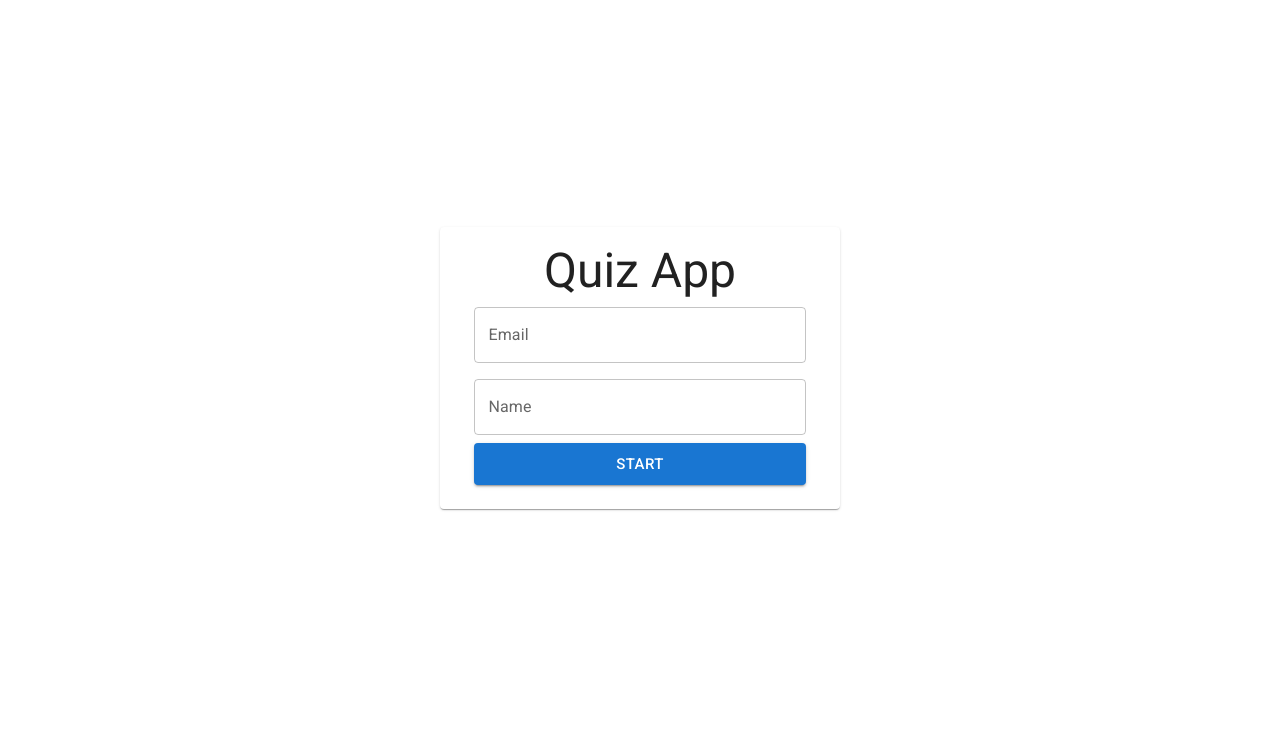
Repository: shikubro90/Quiz-App-React
Page: /
The author's editor kept a copy of each file at every save. The page is drawn from the files as they stood at one save, then again after a run of saves.
The browser window is 1280 px wide. The pictures show the whole page.
The project was rebuilt for these pictures with package versions that can differ from the ones it lists, and the page was loaded fresh each time. Also part of the build but not shown: src/index.css, src/App.css.

Above is the page before, as saved 2022-06-25 02:10:36.

After the next 5 saves:
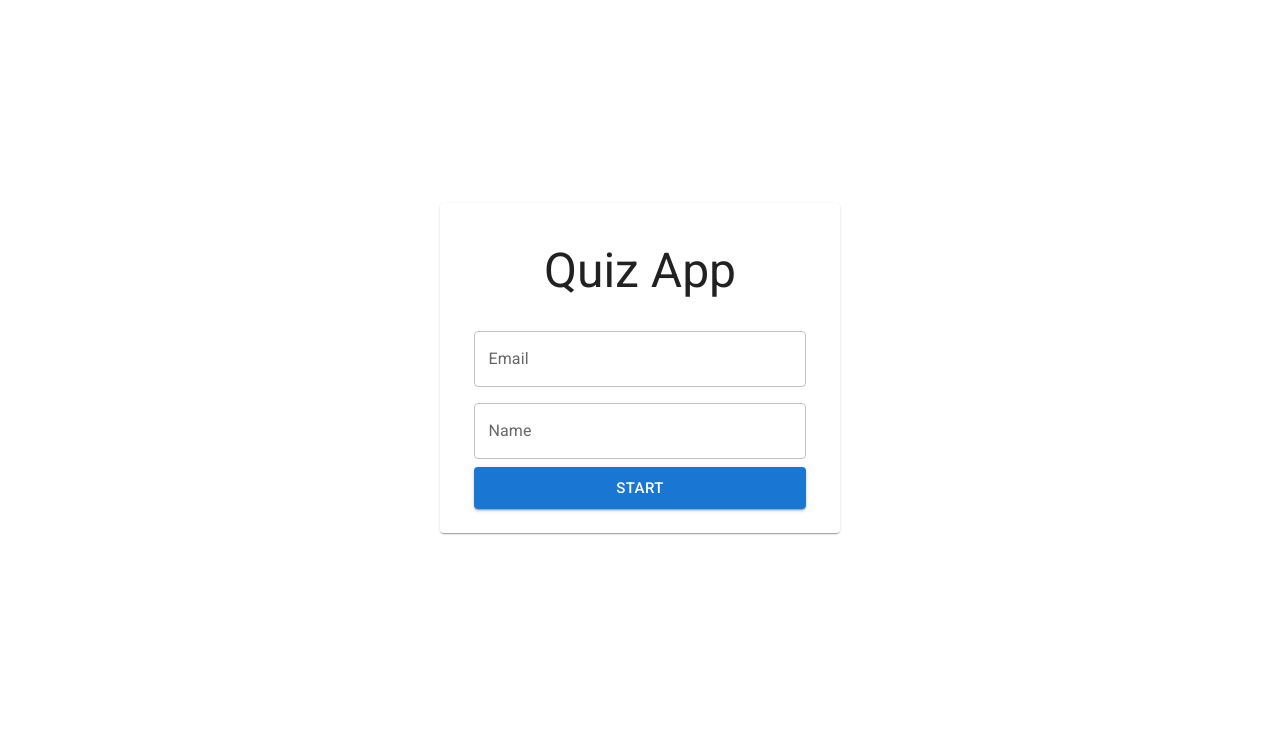
The 5 saves are shown as one change because they came seconds apart.
The last was saved 10 s later.
--- a/src/components/Login.jsx
+++ b/src/components/Login.jsx
@@ -12,7 +12,7 @@ const Login = () => {
                 <CardContent
                     sx={{textAlign: 'center'}}
                 >
-                    <Typography variant="h3" sx={{}}>
+                    <Typography variant="h3" sx={{my:3}}>
                         Quiz App
                     </Typography>
 
